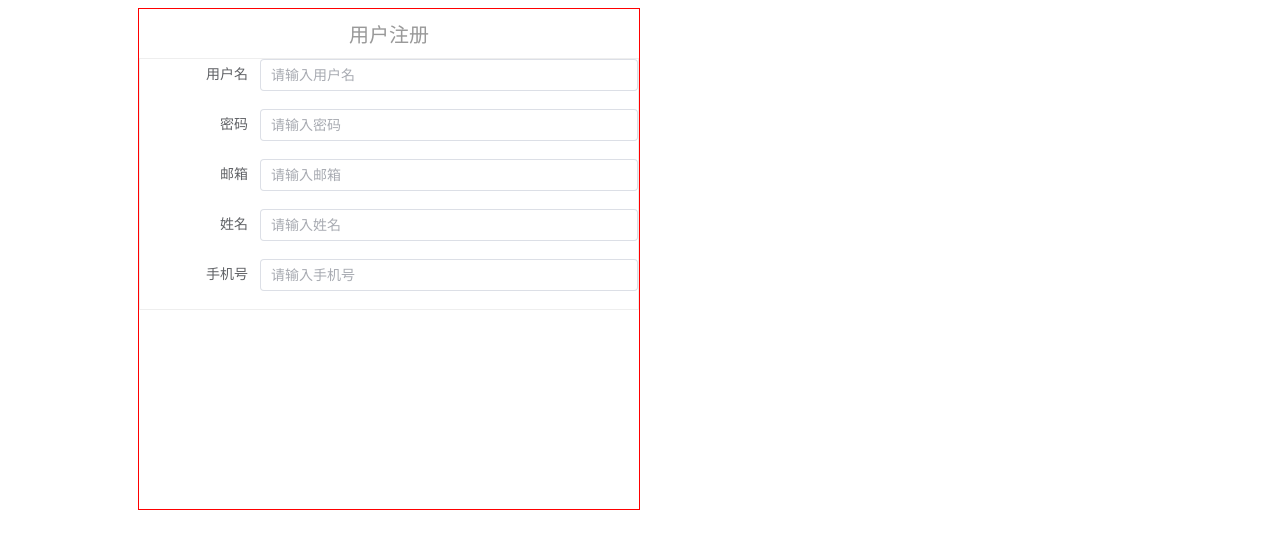
Repository: Mickey1216/yzkj_login_demo
Page: /register
These files come from the project's save history. The page is drawn as it stood at one moment and after a run of saves; the edit follows.
The browser window is 1280 px wide. The pictures show the whole page.
The project was rebuilt for these pictures with package versions that can differ from the ones it lists, and the page was loaded fresh each time. Also part of the build but not shown: vite.config.js, src/views/Login.vue.

Above is the page before, as saved 2023-07-04 14:54:55.

### src/main.js
import './assets/main.css'
import { createApp } from 'vue'
import App from './App.vue'
import router from './router'
import ElementPlus from 'element-plus'
import 'element-plus/dist/index.css'

const app = createApp(App)
app.use(router)
app.use(ElementPlus)
app.mount('#app')

### src/assets/main.css
#app {
  max-width: 1280px;
  margin: 0 auto;
  padding: 2rem;

  font-weight: normal;
}

a,
.green {
  text-decoration: none;
  color: hsla(160, 100%, 37%, 1);
  transition: 0.4s;
}

@media (hover: hover) {
  a:hover {
    background-color: hsla(160, 100%, 37%, 0.2);
  }
}

@media (min-width: 1024px) {
  body {
    display: flex;
    place-items: center;
  }

  #app {
    display: grid;
    grid-template-columns: 1fr 1fr;
    padding: 0 2rem;
  }
}

### src/App.vue
<template>
  <div class="ct">
    <routerView/>
  </div>
</template>

<script setup>

</script>

<style scoped>

</style>

### src/router/index.js
import { createRouter, createWebHistory } from 'vue-router'
import RegisterView from '../views/Register.vue'
import LoginView from '../views/Login.vue'

const router = createRouter({
  history: createWebHistory(import.meta.env.BASE_URL),
  routes: [
    {
      path: '/register',
      name: 'home',
      component: RegisterView
    },
    {
      path: '/login',
      name: 'login',
      component: LoginView
    }
  ]
})

export default router

### src/views/Register.vue
<template>
  <div class="register">
    <div class="title">用户注册</div>
    <el-form :model="form" label-width="120px" style="border:1px solid #eee;">
    <el-form-item label="用户名">
      <el-input placeholder="请输入用户名" v-model="form.name"/>
    </el-form-item>
    <el-form-item label="密码">
      <el-input placeholder="请输入密码" v-model="form.password"/>
    </el-form-item>
    <el-form-item label="邮箱">
      <el-input placeholder="请输入邮箱" v-model="form.email"/>
    </el-form-item>
    <el-form-item label="姓名">
      <el-input placeholder="请输入姓名" v-model="form.name"/>
    </el-form-item>
    <el-form-item label="手机号">
      <el-input placeholder="请输入手机号" v-model="form.phone"/>
    </el-form-item>
  </el-form>
  </div>
</template>

<script setup>
import { reactive } from 'vue'

const form = reactive({
  name: '',
  password: '',
  email: '',
  name: '',
  phone: '',

})
</script>

<style scoped>
.register{
  width: 500px;
  height: 500px;
  border: 1px solid red;
}
.title{
  margin: 10px 0;
  display: flex;
  align-items: center;
  justify-content: center;
  font-size: 20px;
  color: #999;
}
</style>

Loaded but not shown: index.html (common file)

After the next 2 saves:
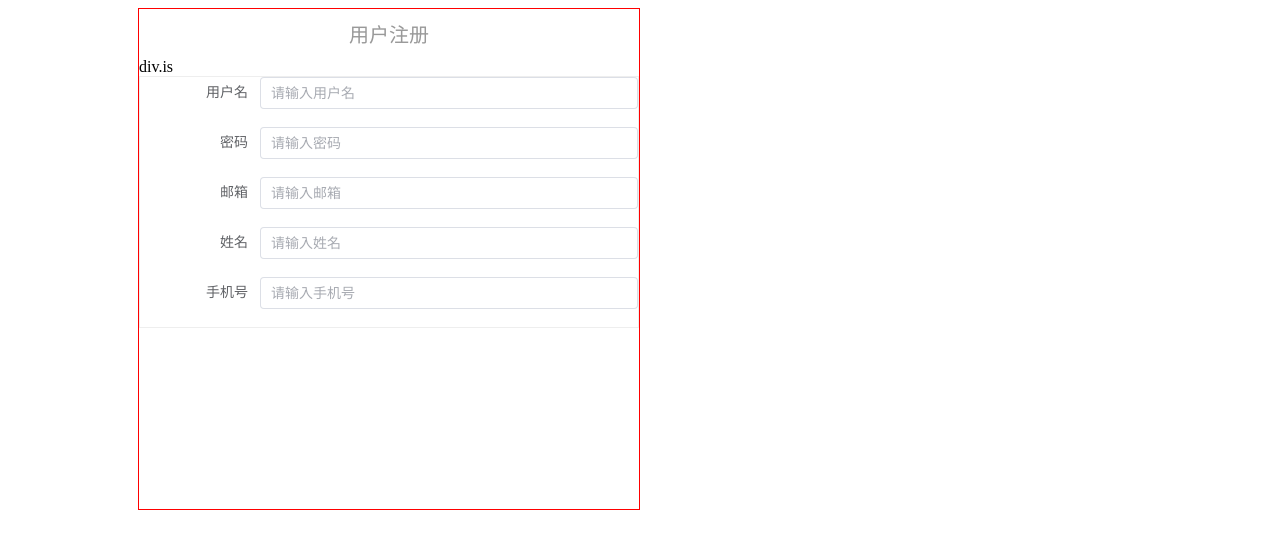
The 2 saves are shown as one change because they came seconds apart.
The last was saved 16 s later.
--- a/src/views/Register.vue
+++ b/src/views/Register.vue
@@ -1,6 +1,7 @@
 <template>
   <div class="register">
     <div class="title">用户注册</div>
+    div.is
     <el-form :model="form" label-width="120px" style="border:1px solid #eee;">
     <el-form-item label="用户名">
       <el-input placeholder="请输入用户名" v-model="form.name"/>

After the save that followed:
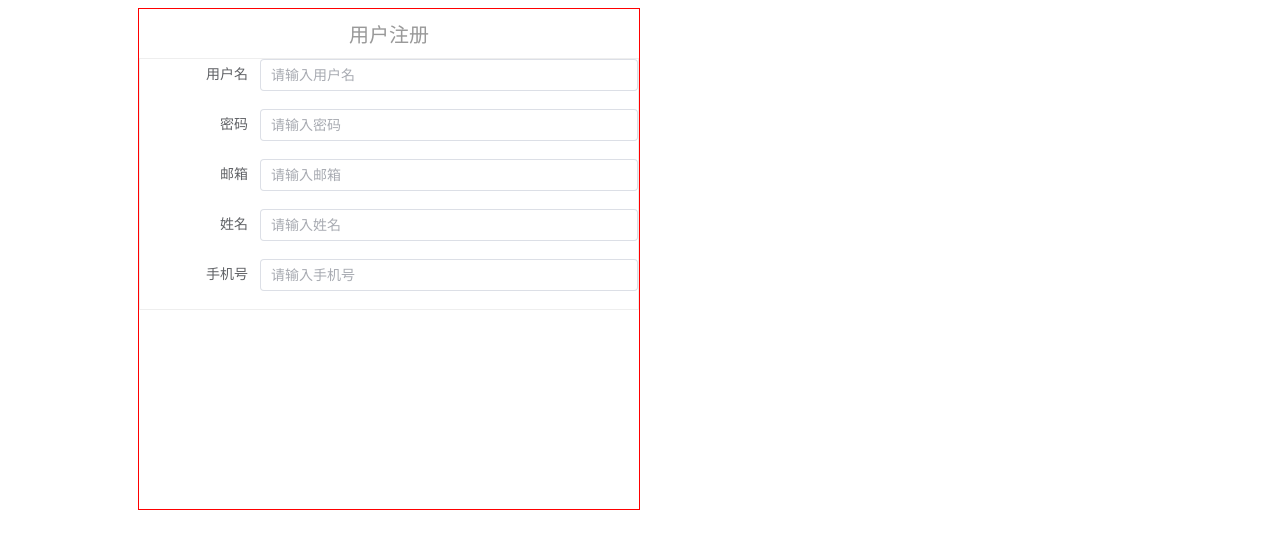
Saved 6 s later.
--- a/src/views/Register.vue
+++ b/src/views/Register.vue
@@ -1,7 +1,7 @@
 <template>
   <div class="register">
     <div class="title">用户注册</div>
-    div.is
+
     <el-form :model="form" label-width="120px" style="border:1px solid #eee;">
     <el-form-item label="用户名">
       <el-input placeholder="请输入用户名" v-model="form.name"/>
